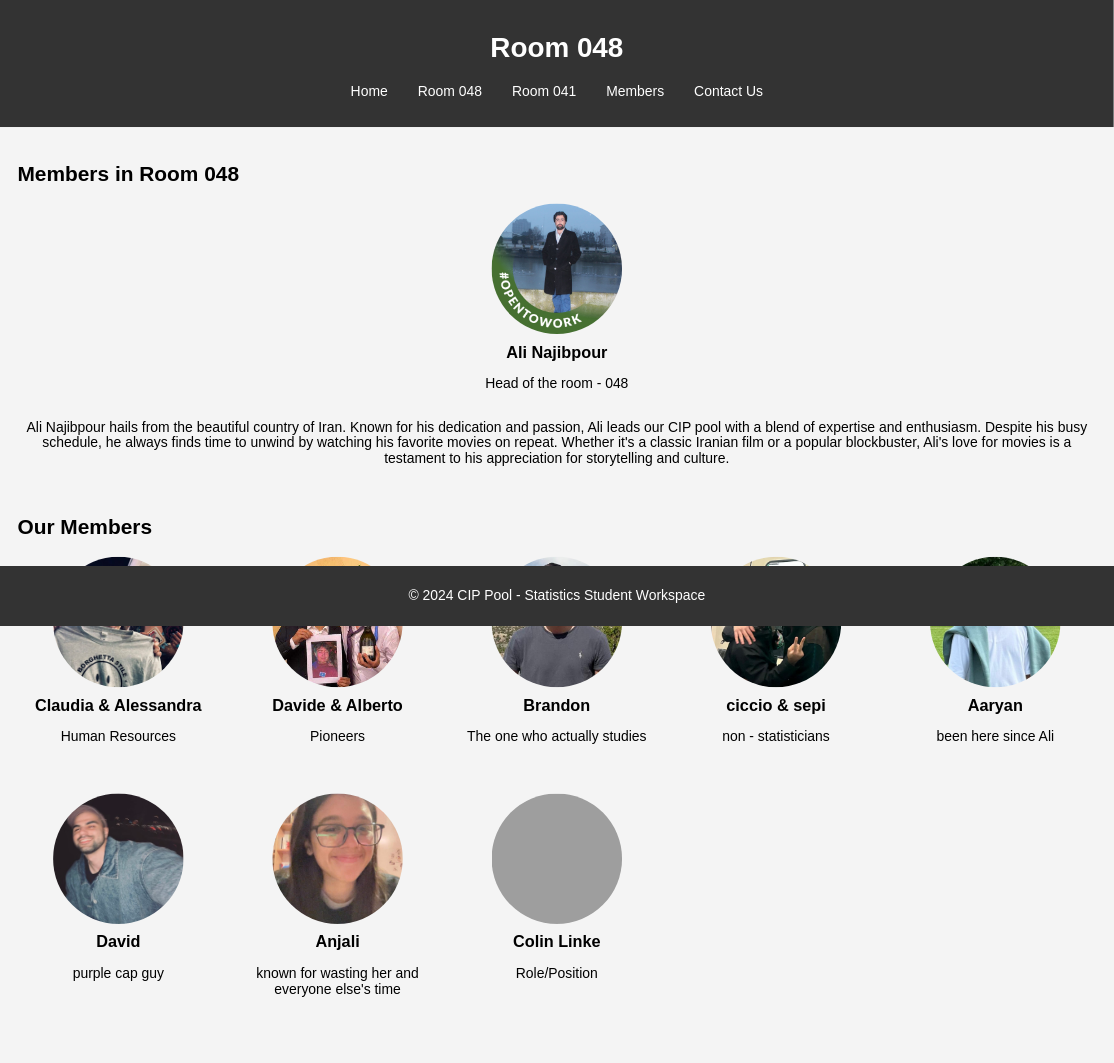
Repository: anjalisarawgi/cip_website
Page: room_048.html
The author's editor kept a copy of each file at every save. The page is drawn from the files as they stood at one save, then again after the next save.
The browser window is 1280 px wide. The pictures show the whole page, at 87% of full size.
Pictures or frames that could not be fetched are drawn as grey boxes.

Above is the page before, as saved 2024-06-14 14:11:42.

After the next save:
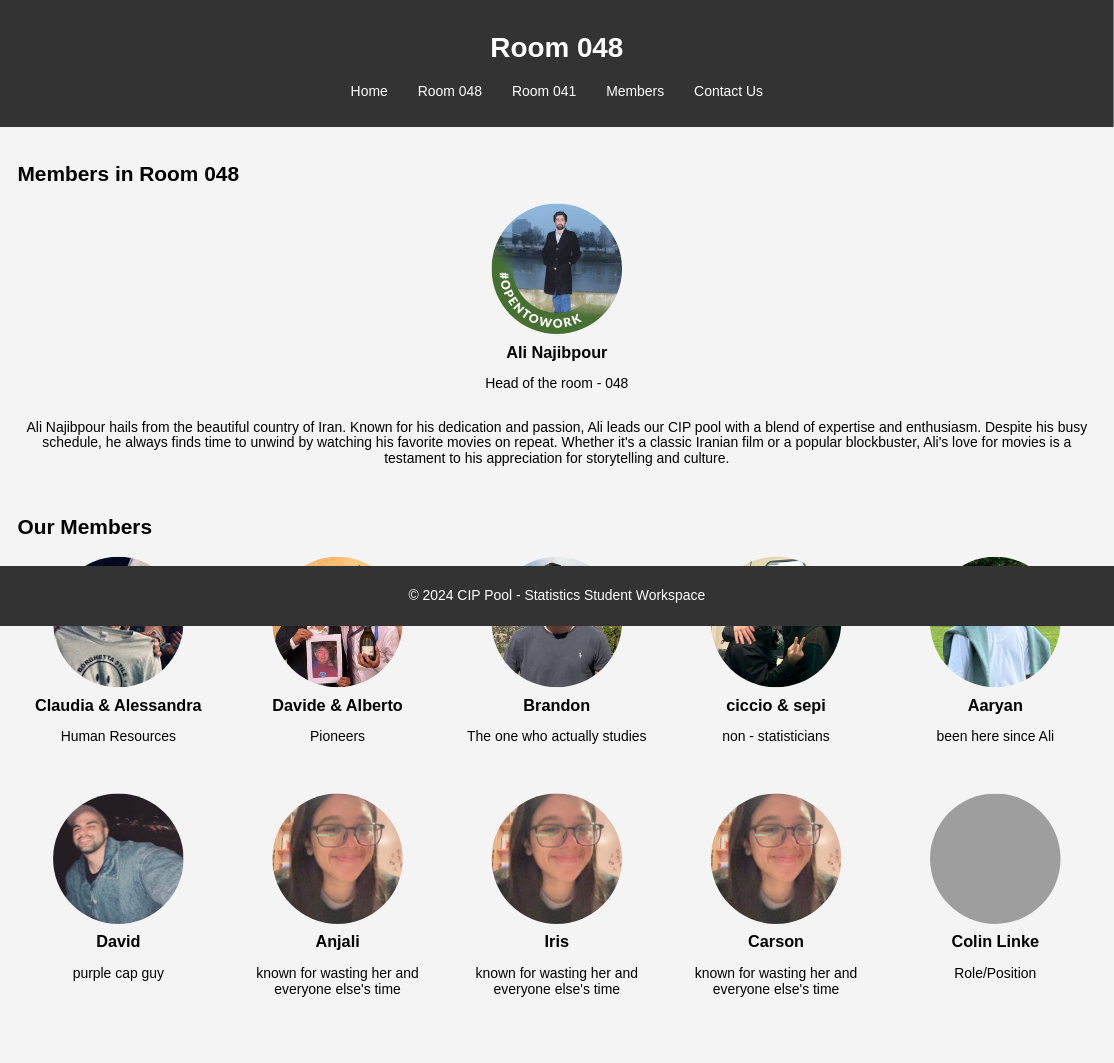
Saved 28 s later.
--- a/room_048.html
+++ b/room_048.html
@@ -87,6 +87,20 @@
                     </div>
                 </div>
                 <div class="member">
+                    <img src="images/anjali.jpeg" alt="anjali" class="member-photo">
+                    <div class="member-info">
+                        <h3>Iris</h3>
+                        <p>known for wasting her and everyone else's time</p>
+                    </div>
+                </div>
+                <div class="member">
+                    <img src="images/anjali.jpeg" alt="anjali" class="member-photo">
+                    <div class="member-info">
+                        <h3>Carson</h3>
+                        <p>known for wasting her and everyone else's time</p>
+                    </div>
+                </div>
+                <div class="member">
                     <img src="images/member5.jpeg" alt="Member 5" class="member-photo">
                     <div class="member-info">
                         <h3>Colin Linke</h3>
